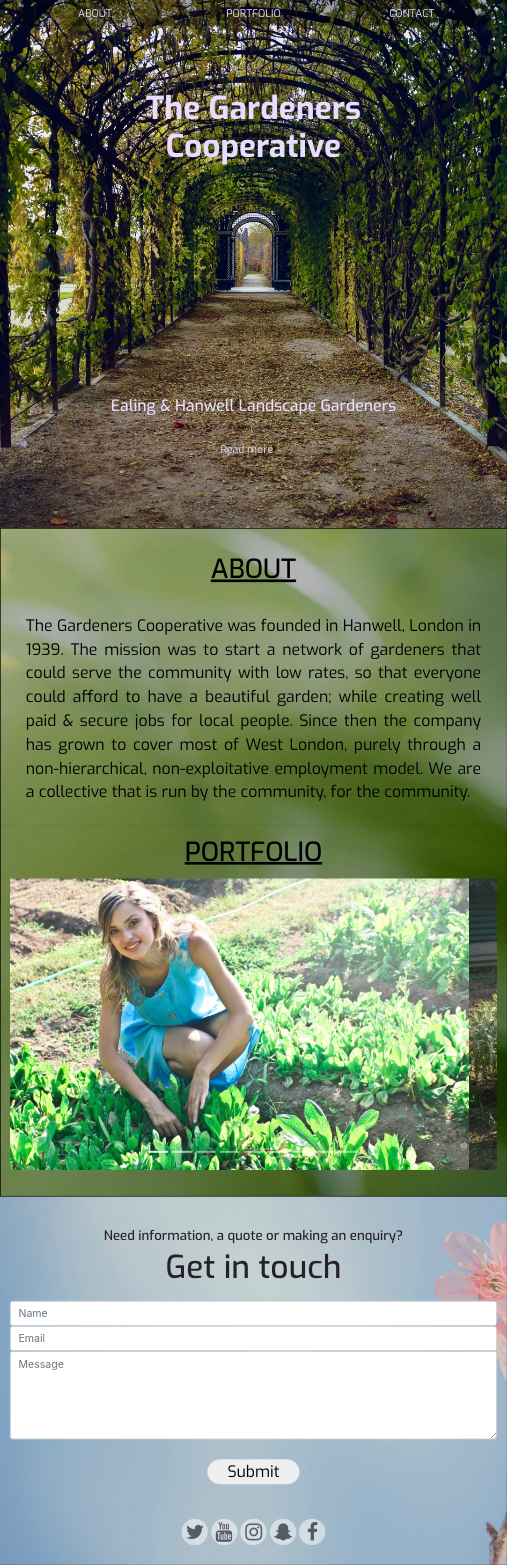
Repository: harrypars0ns/milestone-project
Page: index.html
The author's editor kept a record of every edit. The page is drawn from the files as they stood at one moment, then again after the next edit.
The browser window is 768 px wide. The pictures show the whole page, at 66% of full size.
Backgrounds fixed to the window are drawn as part of the page.

Above is the page before.

After the next edit:
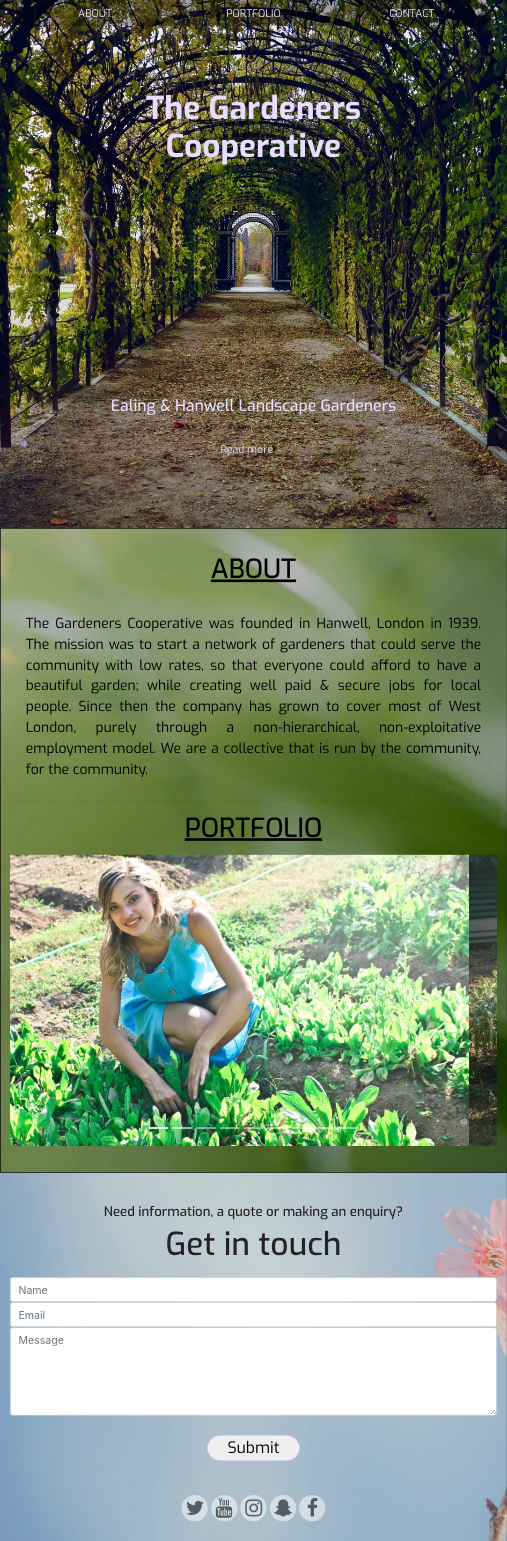
The edit:
--- a/assets/css/style.css
+++ b/assets/css/style.css
@@ -329,7 +329,7 @@
 
 @media (max-width: 1000px) {
    .info p {
-        font-size: 24px;
+        font-size: 21px;
     }
 }
 
